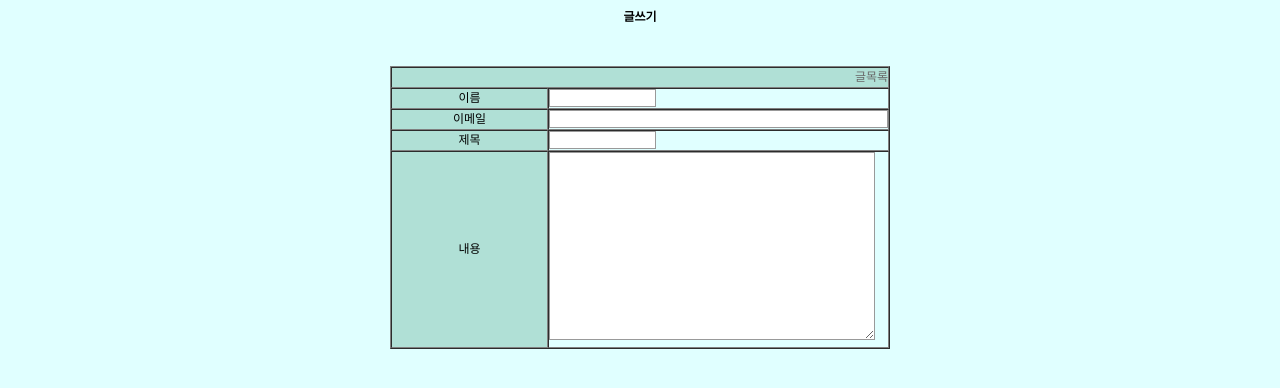
Repository: noopzzya/study_jsp_globalin
Page: http://localhost/ServletProject/boardone/writeform.jsp
These files come from the project's save history. The page is drawn as it stood at one moment and after the next save; the edit follows.
The browser window is 1280 px wide. The pictures show the whole page.
The page is served by Tomcat 9.

Above is the page before, as saved 2023-02-08 01:19:09.

After the next save:
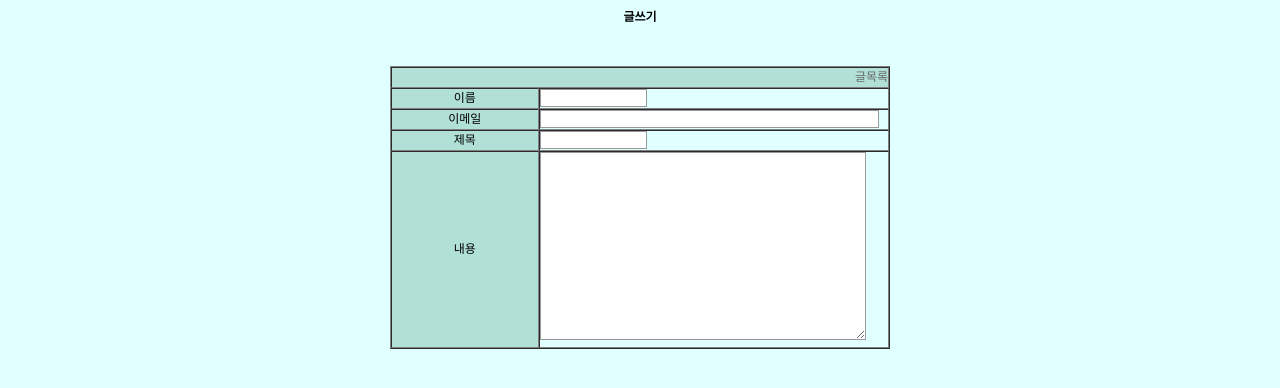
Saved 115 s later.
--- a/ServletProject/src/main/webapp/boardone/writeform.jsp
+++ b/ServletProject/src/main/webapp/boardone/writeform.jsp
@@ -24,28 +24,28 @@
 
 	<tr>
 		<td width="170" bgcolor="<%=value_c%>" align="center">이름</td>
-		<td width="330">
+		<td width="350">
 			<input type="text" size="12" maxlength="12" name="wirter">
 		</td>
 	</tr>
 
 	<tr>
 		<td width="170" bgcolor="<%=value_c%>" align="center">이메일</td>
-		<td width="330">
+		<td width="350">
 			<input type="text" size="50" maxlength="12" name="email">
 		</td>
 	</tr>
 
 	<tr>
 		<td width="170" bgcolor="<%=value_c%>" align="center">제목</td>
-		<td width="330">
+		<td width="350">
 			<input type="text" size="12" maxlength="12" name="subject">
 		</td>
 	</tr>
 
 	<tr>
 		<td width="170" bgcolor="<%=value_c%>" align="center">내용</td>
-		<td width="330">
+		<td width="350">
 			<textarea rows="13" cols="50" name="content"></textarea>
 		</td>
 	</tr>
